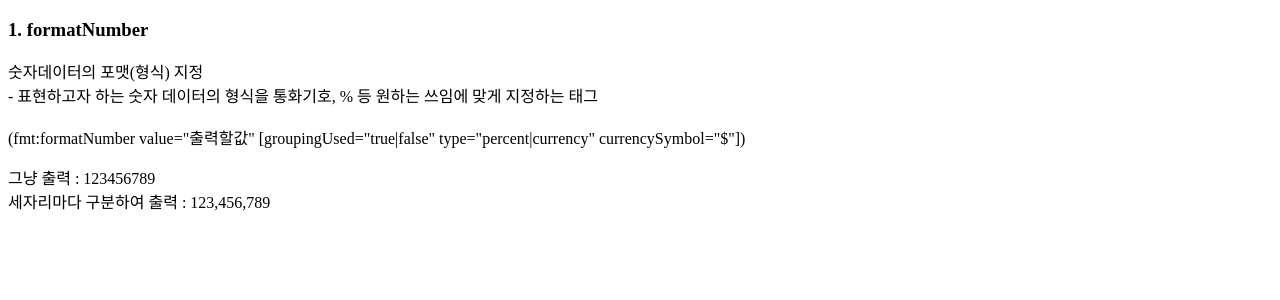
Repository: Young-27/DailyStudy
Page: http://localhost/actionProject/views/3_customAction/02_fmt.jsp
The author's editor kept a copy of each file at every save. The page is drawn from the files as they stood at one save, then again after the next save.
The browser window is 1280 px wide. The pictures show the whole page.
The page is served by Tomcat 9.

Above is the page before, as saved 2021-06-18 06:57:02.

After the next save:
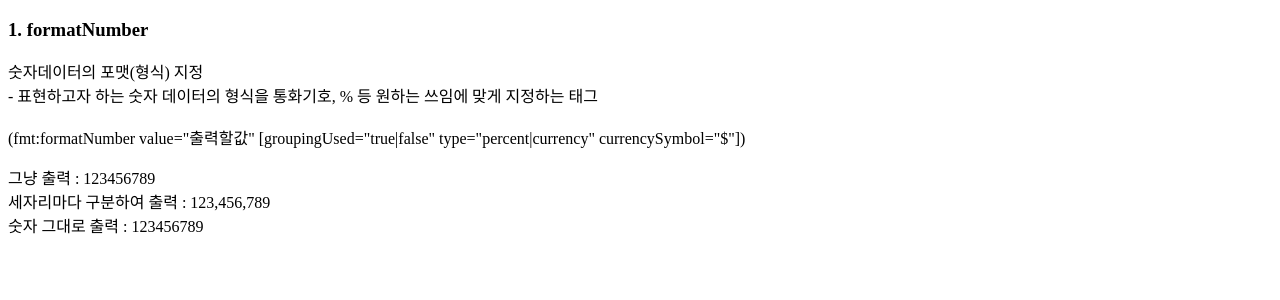
Saved 2 min 55 s later.
--- a/Server/web-workspace2/actionProject/WebContent/views/3_customAction/02_fmt.jsp
+++ b/Server/web-workspace2/actionProject/WebContent/views/3_customAction/02_fmt.jsp
@@ -22,7 +22,8 @@
 	<c:set var="num3" value="50000"/>
 
 	그냥 출력 : ${ num1 } <br>
-	세자리마다 구분하여 출력 : <fmt:formatNumber value="${ num1 }"/>
+	세자리마다 구분하여 출력 : <fmt:formatNumber value="${ num1 }"/> <br> <!-- groupingUsed 기본값 == true == 구분자 유 -->
+	숫자 그대로 출력 : <fmt:formatNumber value="${ num1 }" groupingUsed="false"/> <br><br>
 
 
 
